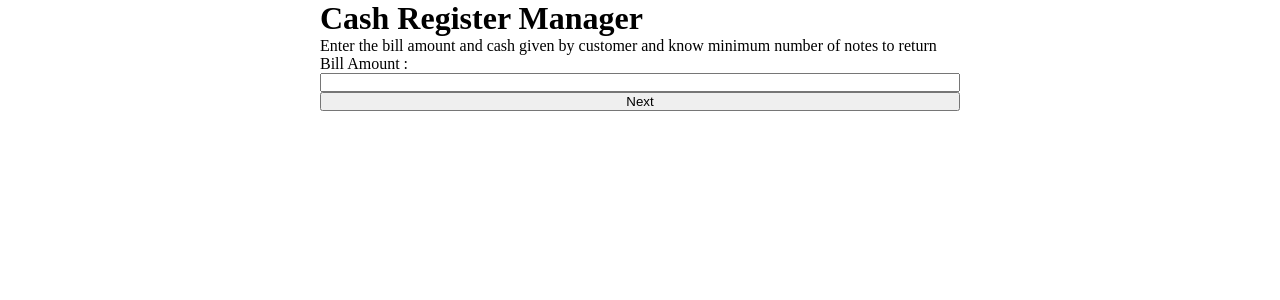
Repository: patelamancode/Cash-register-manager-app
Page: index.html
The author's editor kept a copy of each file at every save. The page is drawn from the files as they stood at one save, then again after the next save.
The browser window is 1280 px wide. The pictures show the whole page.

Above is the page before, as saved 2022-11-18 15:10:13.

### index.html
<!DOCTYPE html>
<html lang="en">

<head>
    <meta charset="UTF-8">
    <meta http-equiv="X-UA-Compatible" content="IE=edge">
    <meta name="viewport" content="width=device-width, initial-scale=1.0">
    <link rel="stylesheet" href="index.css">
    <title>Cash register app</title>
</head>

<body>
    <div id="main-container">
        <h1 class="heading">Cash Register Manager</h1>
        <p id="description">Enter the bill amount and cash given by customer
            and know minimum number of notes to return
        </p>
        <label for="Bill-amount">Bill Amount :</label>
        <input type="text" id="bill-amount">
        <button id="next-btn">Next</button>
        <div class="sub-container">
            <label for="Cash-amount" class="cash-section">User Cash :</label>
            <input type="text" id="cash-amount">
            <button class="check-btn">Check</button>
            <p class="error-message"></p>
            <table class="change-cash">
                <caption>Return Change Cash :</caption>
                <tr>
                    <th>No. of notes</th>
                    <td class="notes-number"></td>
                    <td class="notes-number"></td>
                    <td class="notes-number"></td>
                    <td class="notes-number"></td>
                    <td class="notes-number"></td>
                    <td class="notes-number"></td>
                    <td class="notes-number"></td>
                    <td class="notes-number"></td>
                    <td class="notes-number"></td>
                    <td class="notes-number"></td>
                </tr>
                <tr>
                    <th>Notes</th>
                    <td>2000</td>
                    <td>1000</td>
                    <td>500</td>
                    <td>200</td>
                    <td>100</td>
                    <td>50</td>
                    <td>20</td>
                    <td>10</td>
                    <td>5</td>
                    <td>1</td>
                </tr>
            </table>
        </div>
    </div>

    <script src="index.js"></script>
</body>

</html>

### index.css
*{
    margin: 0;
    padding: 0;
}

#main-container{
    display: flex;
    flex-direction: column;
    width: 50vw;
    margin: auto;
}

.sub-container{
    background-color: yellow;
    display: flex;
    flex-direction: column;
    width: 50vw;
    margin: auto;
}

### index.js
// document.querySelector('.check-btn').addEventListener('click', function(){
//     console.log("Check button is clicked")
// })

const billAmount = document.querySelector('#bill-amount');
const cashAmount = document.querySelector('#cash-amount');
const checkButton = document.querySelector('.check-btn');
const errorMessage = document.querySelector('.error-message');
const notesDisplay = document.querySelectorAll('.notes-number');
// from here
const hideContent = document.querySelector('.sub-container');
const nextButton = document.querySelector('#next-btn');


// Testing console values for all inputs
// checkButton.addEventListener('click', function(){
//     console.log(cashAmount.value);
// })
hideContent.style.display = "none"

nextButton.addEventListener('click', function(){
    hideContent.style.display = "block"

})
// to here

const displayErrorMessage = function (message) {
    errorMessage.style.display = "block";
    errorMessage.style.backgroundColor = "red";
    errorMessage.innerText = message;
}
const hideErrorMessage = function(){
    errorMessage.style.display = "none";

}

const notesArray = [2000, 1000, 500, 200, 100, 50, 20, 10, 5, 1];


checkButton.addEventListener('click', function amountValidation() {
    hideErrorMessage();

    if (billAmount.value > 0) {
        if(cashAmount.value > billAmount.value){
            const returnAmount = cashAmount.value - billAmount.value;
            numberOfNotesGiven(returnAmount);
        }
        else{
            displayErrorMessage("Invalid Cash value as per Bill amount");
        }
    }
    else {
        displayErrorMessage("Please make sure input bill amount must be positive and non-zero value");
    }
})

const numberOfNotesGiven = function(returnAmount){
    for(let i=0; i< notesArray.length; i++){
        let notesCount = Math.trunc(returnAmount/notesArray[i]);
        returnAmount = returnAmount%notesArray[i];
        notesDisplay[i].innerText = notesCount;
    }
}

// 1550

After the next save:
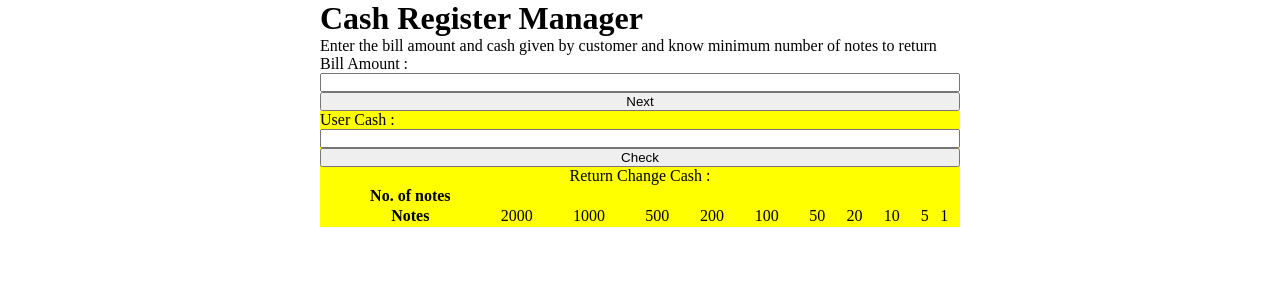
Console error: ReferenceError: hideContent is not defined
Saved 6 min 14 s later.
--- a/index.js
+++ b/index.js
@@ -8,7 +8,7 @@ const checkButton = document.querySelector('.check-btn');
 const errorMessage = document.querySelector('.error-message');
 const notesDisplay = document.querySelectorAll('.notes-number');
 // from here
-const hideContent = document.querySelector('.sub-container');
+// const hideContent = document.querySelector('.sub-container');
 const nextButton = document.querySelector('#next-btn');
 
 
